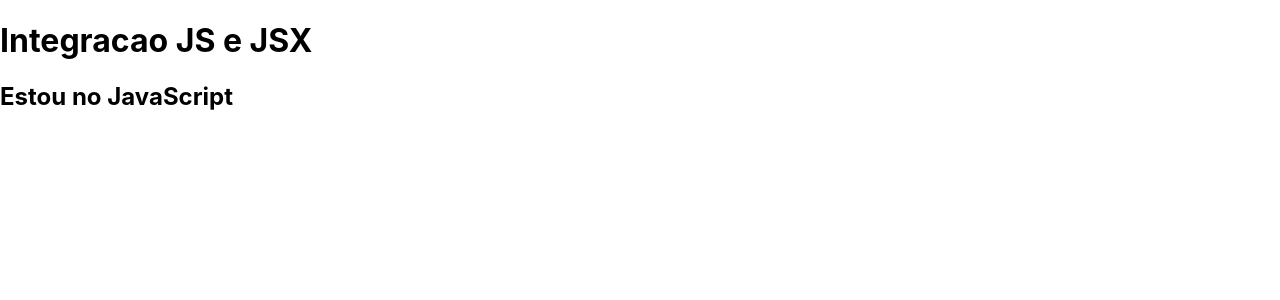
Repository: Mira757/capacitacao-React-Next.js-basico
Page: /basicos/jsx4
These files come from the project's save history. The page is drawn as it stood at one moment and after the next save; the edit follows.
The browser window is 1280 px wide. The pictures show the whole page.
The project was rebuilt for these pictures with package versions that can differ from the ones it lists, and the page was loaded fresh each time. The framework's server and built-in components were replaced by stand-ins that run in the browser. Also part of the build but not shown: next.config.js.

Above is the page before, as saved 2022-03-09 00:14:46.

After the next save:
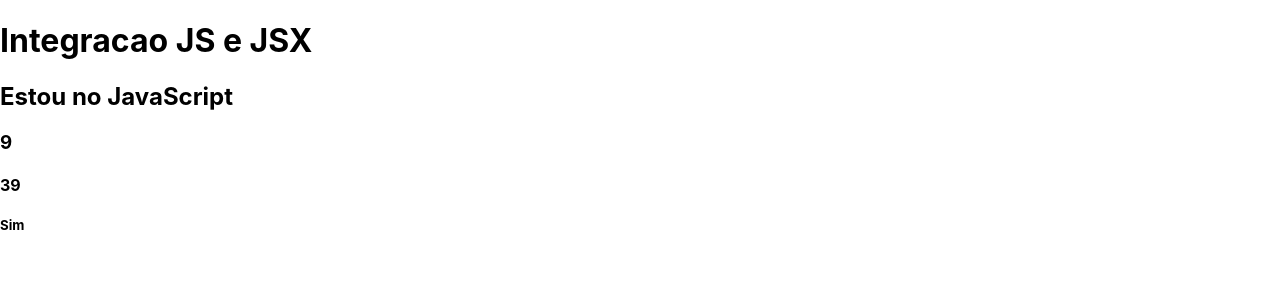
Saved 2 min 28 s later.
--- a/pages/basicos/jsx4.jsx
+++ b/pages/basicos/jsx4.jsx
@@ -5,6 +5,17 @@ export default function jsx4 () {
     <div>
       <h1>Integracao JS e JSX</h1>
       <h2>{subtitulo}</h2>
+      <h3>{3 *3}</h3>
+      <h4>{Math.max(13,39)}</h4>
+      <h5>{entre(40,1,50)}</h5>
     </div>
   )
 }
+
+function entre(valor,min,max) {
+  if (valor >= min && valor <= max) {
+    return "Sim"
+  } else {
+    return "Nao"
+  }
+}
